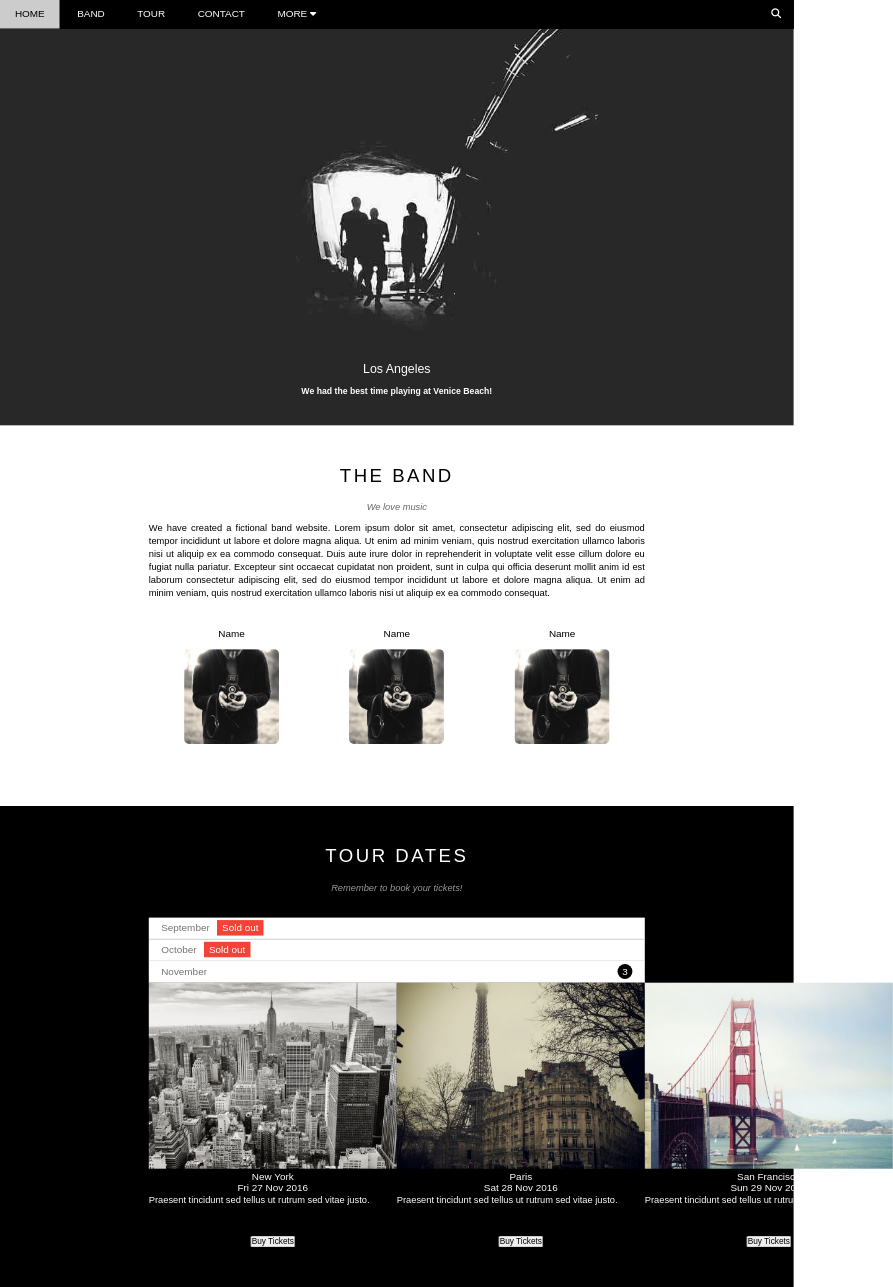
Repository: TranPhucThinh/clone-the-band
Page: index.html
An editor plug-in stored every save of this project. The page is shown before and after the next save, followed by the edit.
The browser window is 1280 px wide. The page is 1440 px wide, then 1280 px, so the pictures cover 1440 px, including what lies to the right of the window. The pictures show the whole page, at 62% of full size.
Some web libraries are served in a nearby version.

Above is the page before, as saved 2022-08-04 13:32:41.

After the next save:
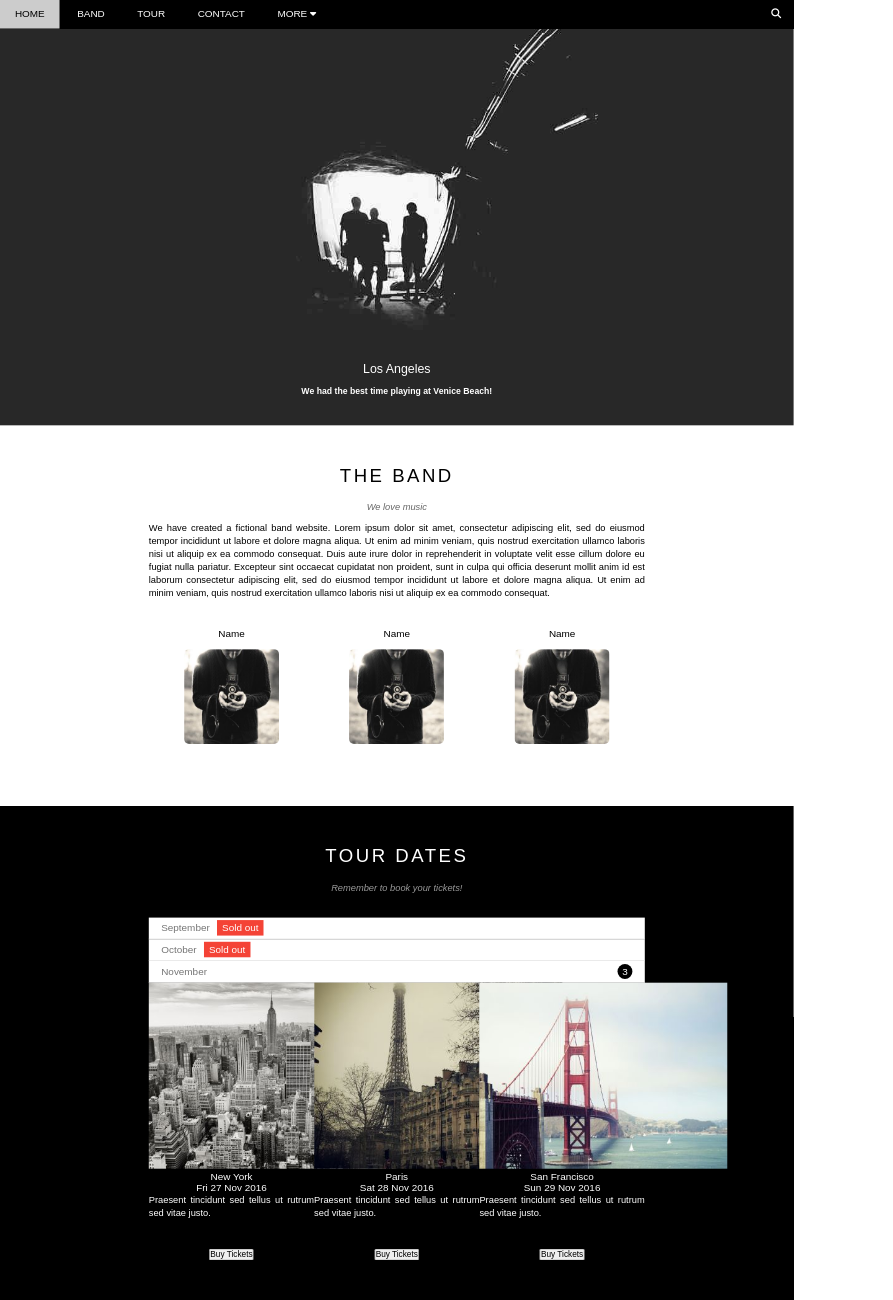
Saved 17 s later.
--- a/assets/style.css
+++ b/assets/style.css
@@ -206,4 +206,8 @@ html {
 .places-list {
   display: flex;
 }
+
+.place-item {
+  width: 33.33%;
+}
 /* End of Tour date Section */
